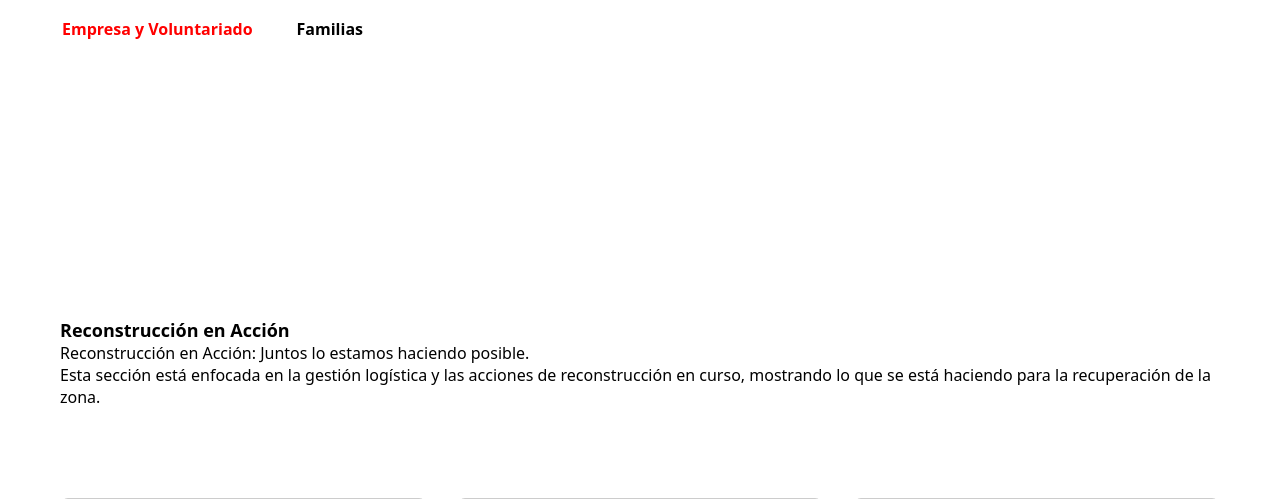
Repository: Synergy-club/reconstruction
Page: /
The author's editor kept a copy of each file at every save. The page is drawn from the files as they stood at one save, then again after the next save.
The browser window is 1280 px wide. The pictures show the part of the page from y = 0 to 499 px (the page is 1676 px tall).
Pictures or frames that could not be fetched are drawn as grey boxes. The project was rebuilt for these pictures with package versions that can differ from the ones it lists, and the page was loaded fresh each time. Also part of the build but not shown: vite.config.js, src/views/Families/utils/families.js, src/views/Families/Families.jsx.

Above is the page before, as saved 2024-12-10 03:45:30.

After the next save:
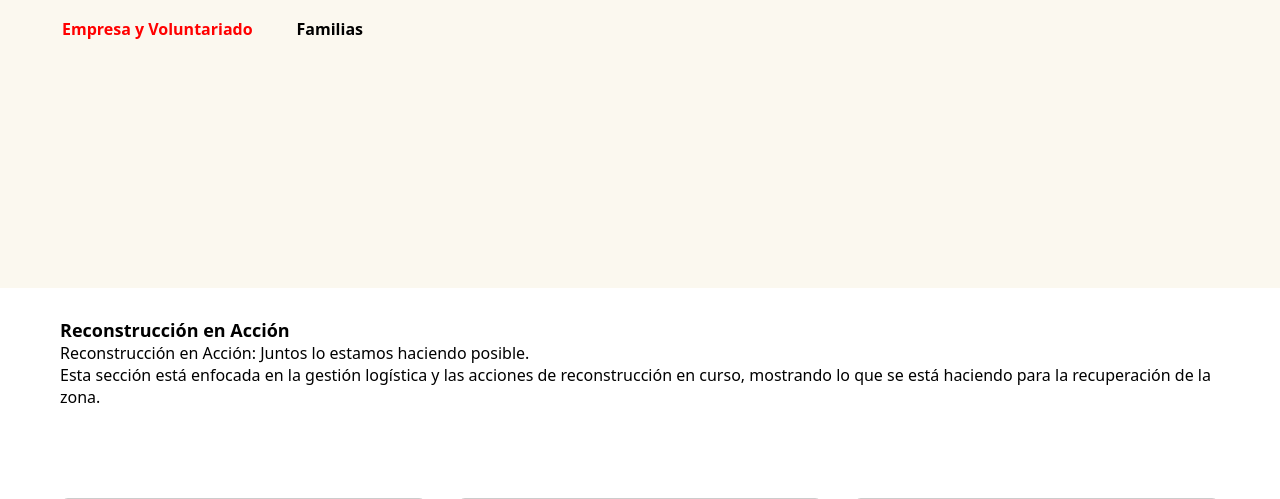
Saved 2 s later.
--- a/src/components/Header/Header.css
+++ b/src/components/Header/Header.css
@@ -1,4 +1,5 @@
 .header__container{
   width: 100%;
   height:40svh;
+  background-color: var(--sci-light-cream);
 }
